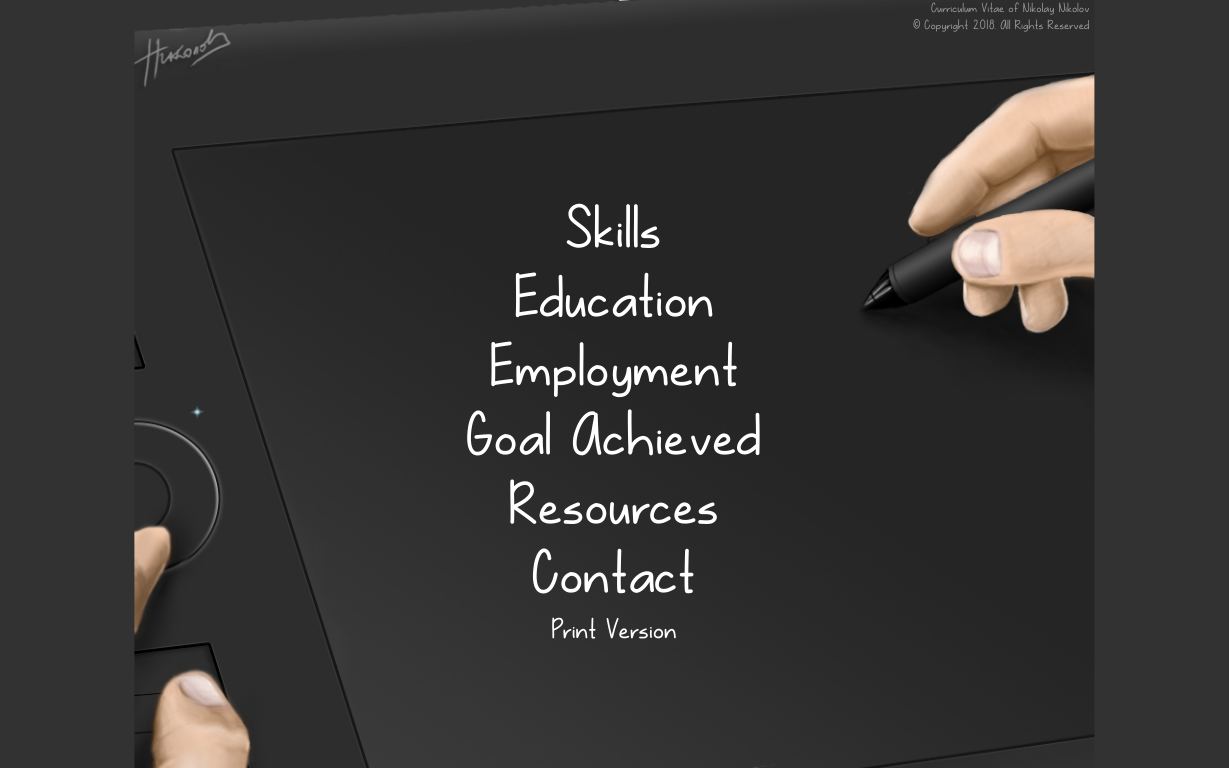
Repository: nikichanko/cv
Page: index.html
The author's editor kept a copy of each file at every save. The page is drawn from the files as they stood at one save, then again after the next save.
The browser window is 1280 px wide. The pictures show the whole page, at 96% of full size.

Above is the page before, as saved 2019-02-02 15:55:51.

### index.html
<!DOCTYPE html>
<html>
  <head>
    <link rel="shortcut icon" type="image/png" href="img/favicon.png"/>
    <link rel="stylesheet" type="text/css" href="css/styles.css">
    <meta name="viewport" content="width=device-width, initial-scale=1, minimum-scale=1, maximum-scale=1">
    <link rel="stylesheet" type="text/css" href="css/scroll.css">
    <script src="https://ajax.googleapis.com/ajax/libs/jquery/3.3.1/jquery.min.js"></script>
    <script src="js/scroll.js"></script>
    <link rel="stylesheet" href="css/swiper.min.css">
    <title>Nikolay Nikolov - Curriculum Vitae</title>
  </head>
  <body>
    <div class="wrapper">
      <div class="header">Curriculum Vitae of Nikolay Nikolov<br/>&copy; Copyright 2018. All Rights Reserved</div>
      <div class="menu">
        <div class="item">
          <span>Skills</span>
        </div>
        <div class="content">
          <i class="close"></i>
          <div class="ul-wrapper" id="scroll-3">
            <ul>
              <li>Program Languages:</li>
              <ol>ECMAScript 6, TypeScript, Objective C, Swift 4, JAVA</ol>
              <ol>HTML, JS, CSS (LESS and SASS), PHP</ol>
              <li>Frameworks and Libraries:</li>
              <ol>React Native, React, WebSocket, Scoket.io, JQuery, Ajax, Smarty Template Engine</ol>
              <li>Program and Web Tools:</li>
              <ol>Android Studio, Xcode 9, Node (npm)</ol>
              <ol>Apple Connect and Google Console, AppsFlyer, Fabric, Firebase, Faslane</ol>
              <ol>Photoshop, Illustrator, Sketch</ol>
              <li>Strong Knowledge in:</li>
              <ol>GitFlow, RESTful API, Responsive and Mobile Design, UX and UI Design</ol>
              <li>Other Abilities:</li>
              <ol>Digital Drawing of web application arts with a graphic tablet</ol>
            </ul>
           </div>
        </div>
        <div class="item">
          <span>Education</span>
        </div>
        <div class="content">
            <i class="close"></i>
            <ul>
              <li>M. Sc. in Computer Science</li>
              <ol>From 2011 - 2013</ol>
              <ol>Technical University Gabrovo</ol>
              <ol>Subject: Computer System and Technologies</ol>
            </ul>
        </div>
        <div class="item">
          <span>Employment</span>
        </div>
        <div class="content">
            <i class="close"></i>
            <div class="ul-wrapper" id="scroll-2">
              <ul>
                <li>From 12. 2016 to present</li>
                <ol>Employer: Mansion Technology and Operations Centre</ol>
                <ol>Professional Title: front-end developer</ol>
                <ol>from 11. 2017 working as a mobile developer in agile environment</ol>
                <li>From 05. 2014 to 12. 2016</li>
                <ol>Employer: Support Service LTD for Image-Line Belgium</ol>
                <ol>Professional Title: fullstack web developer with more front-end responsibilities</ol>
              </ul>
            </div>
        </div>
        <div class="item">
          <span>Goal Achieved</span>
        </div>
        <div class="content">
          <i class="close"></i>
          <div class="ul-wrapper" id="scroll-1">
            <ul>
              <li>As mobile developer:</li>
              <ol>Applications in stores:</ol>

                <img src="img/casino.png" title="CasinoSlots" class="app-icon" style="margin-left: 10px;" />
                <img src="img/ccbj.png" title="Casino BlackJack" class="app-icon" />
                <img src="img/sh.png" title="Slostheaven" class="app-icon" />
                <img src="img/mc.png" title="MansionCasino" class="app-icon" />

              <ol>Quick switching from web to mobile development</ol>
              <ol>The key person with a leading role in the mobile team</ol>
              <ol>Be main part of critical moments when quick reaction and self-organization is very important</ol>
              <ol>The person that implemented React Native framework in real mobile apps</ol>
              <ol>Publishing and then dealing with the rejection of apps in both stores</ol>
              <ol>Implementations: React Context, Geo location services, Biometric authentification with RESTful API
                login, React Navigation, Unit, Integration and Snapshot
                Tests with Jest, executed in CI system (Bamboo), Cross-platform and multi-device layouts,
                Image Sliders and other front-end implementations covered by many mobile devices.
                Websocket integrations to handle webview chat messages using TypeScript. Custom Bridge between webview and react native to handle Post messages.
                Notofications using Xtremepush where Native exposing was needed to work with React Native.
                Also other custom functionalities were exposed to React Native like CookiesStorage for iOS.</ol>
              <li>As front-end developer:</li>
              <ol>Responsive and mobile designs with no compromises in details</ol>
              <ol>Developed many end-to-end web applications like Image Sliders with-lazy loading,
                JavaScript Video and Audio Players with full mobile support</ol>
              <ol>RESTful API integrations</ol>
              <ol>Unit testing with Jasmine</ol>
            </ul>
          </div>
        </div>
        <div class="item resources">
          <span>Resources</span>
        </div>
        <div class="content">
            <i class="close"></i>
              <ul>
                <li>Drowing Gallery</li>
                <div class="swiper-container">
                  <div class="swiper-wrapper">
                    <div class="swiper-slide">Slide 1</div>
                    <div class="swiper-slide">Slide 2</div>
                    <div class="swiper-slide">Slide 3</div>
                    <div class="swiper-slide">Slide 4</div>
                    <div class="swiper-slide">Slide 5</div>
                    <div class="swiper-slide">Slide 6</div>
                    <div class="swiper-slide">Slide 7</div>
                    <div class="swiper-slide">Slide 8</div>
                    <div class="swiper-slide">Slide 9</div>
                    <div class="swiper-slide">Slide 10</div>
                  </div>
                      <!-- Add Arrows -->
                  <div class="swiper-button-next"></div>
                  <div class="swiper-button-prev"></div>
                  <!-- Add Pagination
                  <div class="swiper-pagination"></div> -->
                </div>
                <li>Applications Download</li>
                <ol>Publishing and then dealing with the rejection of apps in both stores</ol>
              </ul>
        </div>
        <div class="item">
          <span>Contact</span>
        </div>
        <div class="content">
            <i class="close"></i>
              <ul>
                <ol>Nikolay Nikolov, Address: Sofia, Bulgaria</ol>
                <ol>Phone: +359/896 527 353, E-mail: nikolovnikos@gmail.com</ol>
                <div class="form-title">Contact form</div>
                <script type="text/javascript" src="https://form.jotformeu.com/jsform/82187298762370"></script>
              </ul>
        </div>
        <div class="item print">
          <span>Print Version</span>
        </div>
      </div>
    </div>
    <script src="js/swiper.min.js"></script>
    <script src="js/common.js"></script>
  </body>
</html>

### css/styles.css
@font-face {
  font-family: 'Just Gotta Smile';
  src: url('./fonts/JustGottaSmile.woff2') format('woff2'),
      url('./fonts/JustGottaSmile.woff') format('woff'),
      url('./fonts/JustGottaSmile.ttf') format('truetype');
  font-weight: 500;
  font-style: normal;
}

@font-face {
  font-family: 'Josefin Slab';
  src: url('./fonts/JosefinSlab.woff2') format('woff2'),
      url('./fonts/JosefinSlab.woff') format('woff'),
      url('./fonts/JosefinSlab.ttf') format('truetype');
  font-weight: normal;
  font-style: normal;
}
ul, li, ol, body {
  margin: 0;
  padding: 0;
}

body {
  background-color: #323232;
  width: 100%;
  font-family: 'Just Gotta Smile';
  color: #fff;
}

.wrapper {
  position: relative;
  width: 100%;
  max-width: 1000px;
  height: 800px;
  margin: 0 auto;
  background-image: url(../img/cv_bg.png);
  background-repeat: no-repeat;
  background-position: right top;
  background-size: cover;
}

.header{
  opacity: 0.5;
  font-size: 14px;
  position: absolute;
  right: 5px;
  text-align: right;
}
.menu {
  line-height: 70px;
  margin: 0 auto;
  position: absolute;
  text-align: center;
  width: 100%;
  top: 200px;
}

.item {
  font-size: 64px;
  position: relative;
  left: 50%;
  opacity: 1;
  transform: translateX(-50%) ;
  -ms-transform: translateX(-50%) ; /* IE 9 */
  -webkit-transform: translateX(-50%); /* Safari 3-8 */
  transition: opacity 0.2s ease-out;
  -webkit-touch-callout: none; /* iOS Safari */
  -webkit-user-select: none; /* Safari */
   -khtml-user-select: none; /* Konqueror HTML */
     -moz-user-select: none; /* Firefox */
      -ms-user-select: none; /* Internet Explorer/Edge */
          user-select: none; /* Non-prefixed version, currently
                                supported by Chrome and Opera */
}
.item.print {
  font-size: 30px;
  line-height: 45px;
}

.item span {
  cursor: pointer;
  position: relative;
}

.item.closed {
  opacity: 0;
  height: 0;
  visibility: hidden;
}

.content {
  font-family: 'Josefin Slab';
  padding-top: 2px;
  max-width: 600px;
  text-align: left;
  top: 50px;
  width: 56%;
  margin: 0 auto;
  line-height: 40px;
  height: 0;
  opacity: 0;
  transition: opacity 0.5s ease-in-out;
  position: relative;
  visibility: hidden;
  overflow: hidden;
}

.ul-wrapper {
  height: 450px;
  position: relative;
  overflow: hidden;
}

.content.open {
  overflow: visible;
  height: auto;
  opacity: 1;
  transition: opacity 0.5s ease-in-out;
  visibility: visible;
}
.content {
  line-height: 30px;
}
.content ul {
  padding-top: 10px;
  padding-left: 20px;
}
.content li {
  font-weight: bold;
  font-size: 20px;
  padding:5px 0;
}
.content ol {
  font-size: 18px;
  margin-left: 15px;
  position: relative;
}
.content ol:before {
  content: "";
  background-image: url(../img/arrow.png);
  background-repeat: no-repeat;
  background-size: contain;
  width: 12px;
  height: 13px;
  position: absolute;
  left: -22px;
  top: 8px;
  opacity: 0.6;
}

.item span:hover {
  color: #a4cbe6;
}

.close {
  position: absolute;
  top: -29px;
  left: -7px;
  width: 45px;
  height: 45px;
  opacity: 0.3;
}
.close:hover {
  opacity: 1;
}
.close:before, .close:after {
  position: absolute;
  left: 15px;
  content: ' ';
  height: 25px;
  width: 2px;
  background-color: #fff;
}
.close:before {
  transform: rotate(45deg);
}
.close:after {
  transform: rotate(-45deg);
}

.app-icon {
  width: 45px;
  margin-right: 10px;
}
.form-title {
  margin-top: 10px;
  font-size: 24px;
  text-align: center;
}

.swiper-container {
  width: 100%;
  height: 200px;
}

.swiper-slide {
  text-align: center;
  font-size: 18px;
  background: #fff;
  color: red;
  /* Center slide text vertically */
  display: -webkit-box;
  display: -ms-flexbox;
  display: -webkit-flex;
  display: flex;
  -webkit-box-pack: center;
  -ms-flex-pack: center;
  -webkit-justify-content: center;
  justify-content: center;
  -webkit-box-align: center;
  -ms-flex-align: center;
  -webkit-align-items: center;
  align-items: center;
}

@media only screen and (max-width: 1000px) {
  .content {
    width: 90%;
  }
  .item span {
    cursor: default;
  }
}

### css/scroll.css
/*
 * Container style
 */
 .ps {
  overflow: hidden !important;
  overflow-anchor: none;
  -ms-overflow-style: none;
  touch-action: auto;
  -ms-touch-action: auto;
}

/*
 * Scrollbar rail styles
 */
.ps__rail-x {
  display: none;
  opacity: 0;
  transition: background-color .2s linear, opacity .2s linear;
  -webkit-transition: background-color .2s linear, opacity .2s linear;
  height: 15px;
  /* there must be 'bottom' or 'top' for ps__rail-x */
  bottom: 0px;
  /* please don't change 'position' */
  position: absolute;
}

.ps__rail-y {
  display: none;
  opacity: 0;
  transition: background-color .2s linear, opacity .2s linear;
  -webkit-transition: background-color .2s linear, opacity .2s linear;
  width: 15px;
  /* there must be 'right' or 'left' for ps__rail-y */
  right: 0;
  /* please don't change 'position' */
  position: absolute;
}

.ps--active-x > .ps__rail-x,
.ps--active-y > .ps__rail-y {
  display: block;
  background-color: transparent;
}

.ps:hover > .ps__rail-x,
.ps:hover > .ps__rail-y,
.ps--focus > .ps__rail-x,
.ps--focus > .ps__rail-y,
.ps--scrolling-x > .ps__rail-x,
.ps--scrolling-y > .ps__rail-y {
  opacity: 0.6;
}

.ps .ps__rail-x:hover,
.ps .ps__rail-y:hover,
.ps .ps__rail-x:focus,
.ps .ps__rail-y:focus,
.ps .ps__rail-x.ps--clicking,
.ps .ps__rail-y.ps--clicking {
  background-color: #eee;
  opacity: 0.9;
}

/*
 * Scrollbar thumb styles
 */
.ps__thumb-x {
  background-color: #aaa;
  border-radius: 6px;
  transition: background-color .2s linear, height .2s ease-in-out;
  -webkit-transition: background-color .2s linear, height .2s ease-in-out;
  height: 6px;
  /* there must be 'bottom' for ps__thumb-x */
  bottom: 2px;
  /* please don't change 'position' */
  position: absolute;
}

.ps__thumb-y {
  background-color: #aaa;
  border-radius: 6px;
  transition: background-color .2s linear, width .2s ease-in-out;
  -webkit-transition: background-color .2s linear, width .2s ease-in-out;
  width: 6px;
  /* there must be 'right' for ps__thumb-y */
  right: 2px;
  /* please don't change 'position' */
  position: absolute;
}

.ps__rail-x:hover > .ps__thumb-x,
.ps__rail-x:focus > .ps__thumb-x,
.ps__rail-x.ps--clicking .ps__thumb-x {
  background-color: #999;
  height: 11px;
}

.ps__rail-y:hover > .ps__thumb-y,
.ps__rail-y:focus > .ps__thumb-y,
.ps__rail-y.ps--clicking .ps__thumb-y {
  background-color: #999;
  width: 11px;
}

/* MS supports */
@supports (-ms-overflow-style: none) {
  .ps {
    overflow: auto !important;
  }
}

@media screen and (-ms-high-contrast: active), (-ms-high-contrast: none) {
  .ps {
    overflow: auto !important;
  }
}

### js/common.js
// var src1 = document.querySelector('#scroll-1');
// var src2 = document.querySelector('#scroll-2');
// var src3 = document.querySelector('#scroll-3');

// var options = {
//   maxScrollbarLength: 100,
// };

// var ps1 = new PerfectScrollbar(src1, options);
// var ps2 = new PerfectScrollbar(src2, options);
// var ps3 = new PerfectScrollbar(src3, options);

$(".item:not(.print) span").on('click', function() {
  var _t = $(this).parents('.item');
  if (_t.hasClass('resources')) {
    var swiper = new Swiper('.swiper-container', {
      pagination: {
       // el: '.swiper-pagination',
        nextEl: '.swiper-button-next',
        prevEl: '.swiper-button-prev',
      },
    });
  }
  setTimeout(function(){
    _t.next('.content').addClass('open');
  },100);
  $('.item').each(function(i, v) {
    if (!_t.is(v)) {
      $(v).addClass('closed');
      $(v).next('.content').removeClass('open');
    }
    else {
      $(v).removeClass('closed');
    }
  });
});

$(".item.print span").on('click', function() {
  window.location.href = 'print.html';
});

$('.close').on('click', function(){
  $('.item').each(function(i, v) {
    setTimeout(function(){
      $(v).removeClass('closed');
    },100);
    $(v).next('.content').removeClass('open');
  });
});

Loaded but not shown: css/swiper.min.css (library); js/swiper.min.js (library); js/scroll.js (1324 lines, source omitted)

After the next save:
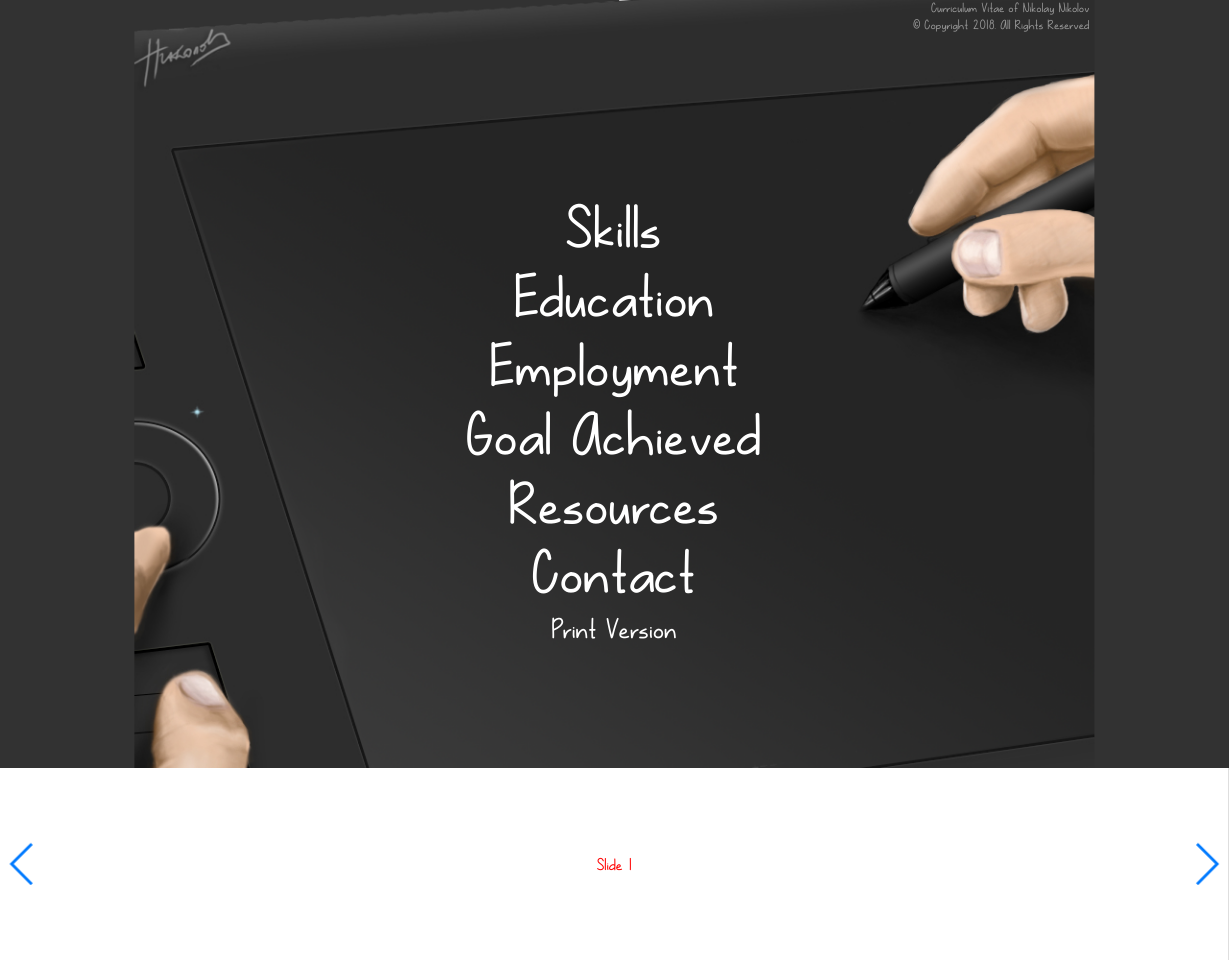
Saved 64 s later.
--- a/index.html
+++ b/index.html
@@ -109,25 +109,6 @@
             <i class="close"></i>
               <ul>
                 <li>Drowing Gallery</li>
-                <div class="swiper-container">
-                  <div class="swiper-wrapper">
-                    <div class="swiper-slide">Slide 1</div>
-                    <div class="swiper-slide">Slide 2</div>
-                    <div class="swiper-slide">Slide 3</div>
-                    <div class="swiper-slide">Slide 4</div>
-                    <div class="swiper-slide">Slide 5</div>
-                    <div class="swiper-slide">Slide 6</div>
-                    <div class="swiper-slide">Slide 7</div>
-                    <div class="swiper-slide">Slide 8</div>
-                    <div class="swiper-slide">Slide 9</div>
-                    <div class="swiper-slide">Slide 10</div>
-                  </div>
-                      <!-- Add Arrows -->
-                  <div class="swiper-button-next"></div>
-                  <div class="swiper-button-prev"></div>
-                  <!-- Add Pagination
-                  <div class="swiper-pagination"></div> -->
-                </div>
                 <li>Applications Download</li>
                 <ol>Publishing and then dealing with the rejection of apps in both stores</ol>
               </ul>
@@ -149,6 +130,25 @@
         </div>
       </div>
     </div>
+    <div class="swiper-container">
+      <div class="swiper-wrapper">
+        <div class="swiper-slide">Slide 1</div>
+        <div class="swiper-slide">Slide 2</div>
+        <div class="swiper-slide">Slide 3</div>
+        <div class="swiper-slide">Slide 4</div>
+        <div class="swiper-slide">Slide 5</div>
+        <div class="swiper-slide">Slide 6</div>
+        <div class="swiper-slide">Slide 7</div>
+        <div class="swiper-slide">Slide 8</div>
+        <div class="swiper-slide">Slide 9</div>
+        <div class="swiper-slide">Slide 10</div>
+      </div>
+          <!-- Add Arrows -->
+      <div class="swiper-button-next"></div>
+      <div class="swiper-button-prev"></div>
+      <!-- Add Pagination
+      <div class="swiper-pagination"></div> -->
+    </div>
     <script src="js/swiper.min.js"></script>
     <script src="js/common.js"></script>
   </body>

After the 3 saves that followed:
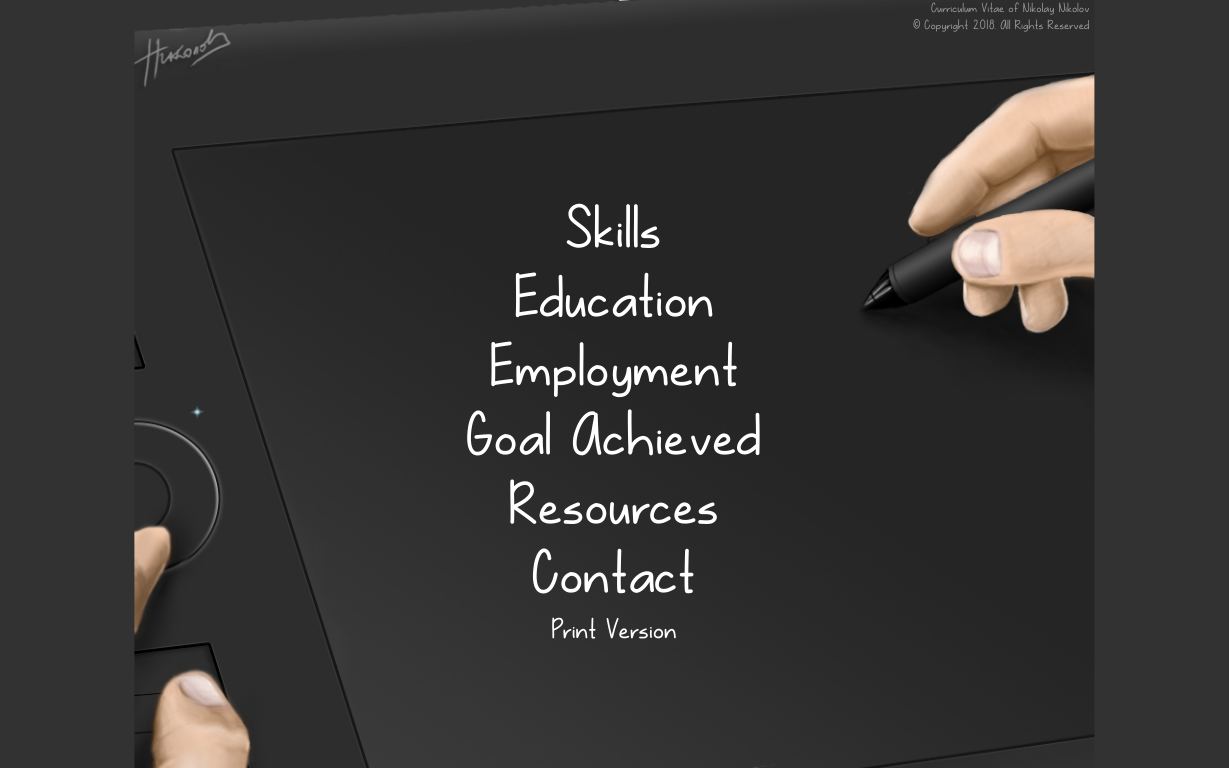
The 3 saves are shown as one change because 2 left the picture as it was.
The last was saved 64 s later.
--- a/index.html
+++ b/index.html
@@ -109,6 +109,25 @@
             <i class="close"></i>
               <ul>
                 <li>Drowing Gallery</li>
+                <div class="swiper-container">
+                  <div class="swiper-wrapper">
+                    <div class="swiper-slide">Slide 1</div>
+                    <div class="swiper-slide">Slide 2</div>
+                    <div class="swiper-slide">Slide 3</div>
+                    <div class="swiper-slide">Slide 4</div>
+                    <div class="swiper-slide">Slide 5</div>
+                    <div class="swiper-slide">Slide 6</div>
+                    <div class="swiper-slide">Slide 7</div>
+                    <div class="swiper-slide">Slide 8</div>
+                    <div class="swiper-slide">Slide 9</div>
+                    <div class="swiper-slide">Slide 10</div>
+                  </div>
+                      <!-- Add Arrows -->
+                  <div class="swiper-button-next"></div>
+                  <div class="swiper-button-prev"></div>
+                  <!-- Add Pagination
+                  <div class="swiper-pagination"></div> -->
+                </div>
                 <li>Applications Download</li>
                 <ol>Publishing and then dealing with the rejection of apps in both stores</ol>
               </ul>
@@ -130,25 +149,6 @@
         </div>
       </div>
     </div>
-    <div class="swiper-container">
-      <div class="swiper-wrapper">
-        <div class="swiper-slide">Slide 1</div>
-        <div class="swiper-slide">Slide 2</div>
-        <div class="swiper-slide">Slide 3</div>
-        <div class="swiper-slide">Slide 4</div>
-        <div class="swiper-slide">Slide 5</div>
-        <div class="swiper-slide">Slide 6</div>
-        <div class="swiper-slide">Slide 7</div>
-        <div class="swiper-slide">Slide 8</div>
-        <div class="swiper-slide">Slide 9</div>
-        <div class="swiper-slide">Slide 10</div>
-      </div>
-          <!-- Add Arrows -->
-      <div class="swiper-button-next"></div>
-      <div class="swiper-button-prev"></div>
-      <!-- Add Pagination
-      <div class="swiper-pagination"></div> -->
-    </div>
     <script src="js/swiper.min.js"></script>
     <script src="js/common.js"></script>
   </body>
--- a/js/common.js
+++ b/js/common.js
@@ -1,18 +1,19 @@
-// var src1 = document.querySelector('#scroll-1');
-// var src2 = document.querySelector('#scroll-2');
-// var src3 = document.querySelector('#scroll-3');
+var src1 = document.querySelector('#scroll-1');
+var src2 = document.querySelector('#scroll-2');
+var src3 = document.querySelector('#scroll-3');
 
-// var options = {
-//   maxScrollbarLength: 100,
-// };
+var options = {
+  maxScrollbarLength: 100,
+};
 
-// var ps1 = new PerfectScrollbar(src1, options);
-// var ps2 = new PerfectScrollbar(src2, options);
-// var ps3 = new PerfectScrollbar(src3, options);
+var ps1 = new PerfectScrollbar(src1, options);
+var ps2 = new PerfectScrollbar(src2, options);
+var ps3 = new PerfectScrollbar(src3, options);
 
 $(".item:not(.print) span").on('click', function() {
   var _t = $(this).parents('.item');
   if (_t.hasClass('resources')) {
+    alert(1);
     var swiper = new Swiper('.swiper-container', {
       pagination: {
        // el: '.swiper-pagination',
